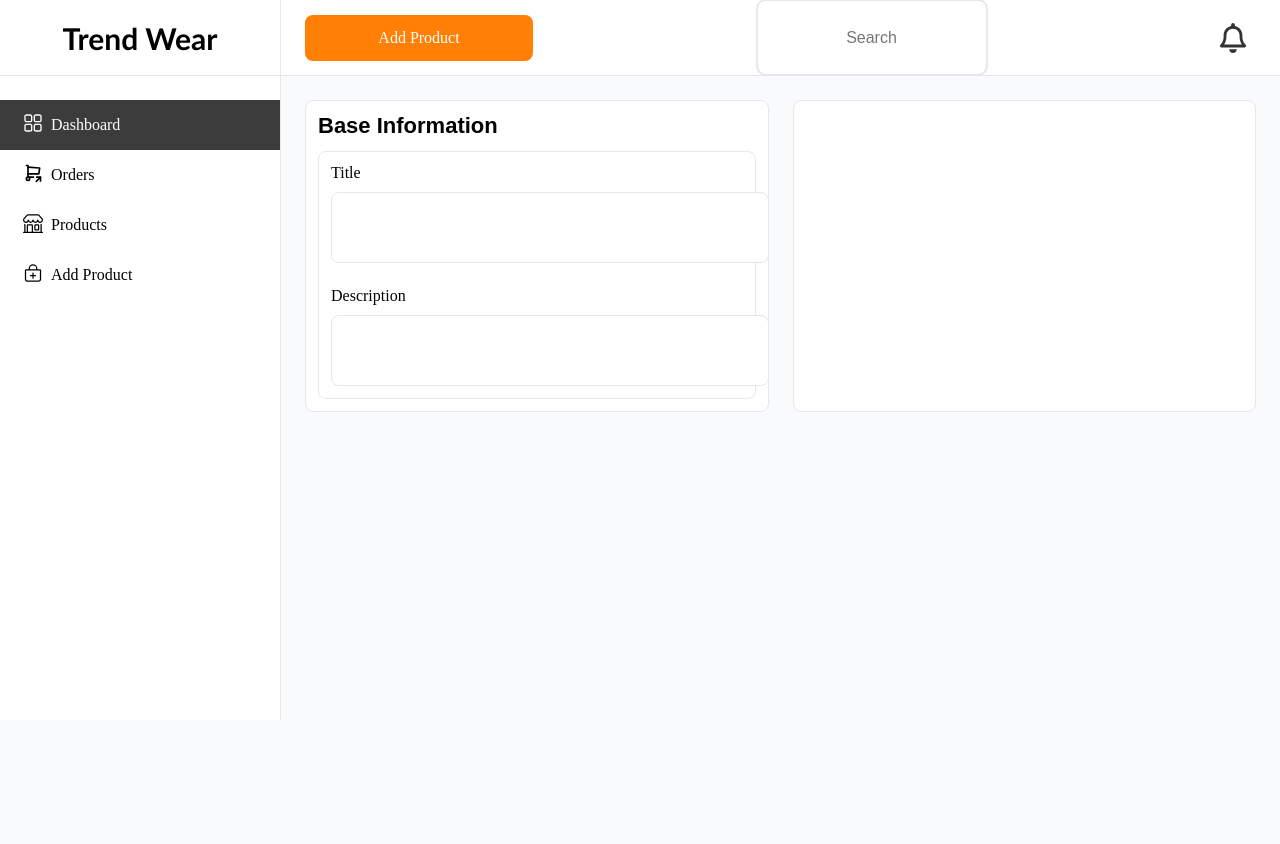
Repository: ahmad-dev7/TrendWear
Page: / (app in trend_wear_dashboard/)
The author's editor kept a copy of each file at every save. The page is drawn from the files as they stood at one save, then again after a run of saves.
The browser window is 1280 px wide. The pictures show the whole page.
The project was rebuilt for these pictures with package versions that can differ from the ones it lists, and the page was loaded fresh each time. Also part of the build but not shown: trend_wear_dashboard/vite.config.ts.

Above is the page before, as saved 2025-01-20 02:31:35.

After the next 3 saves:
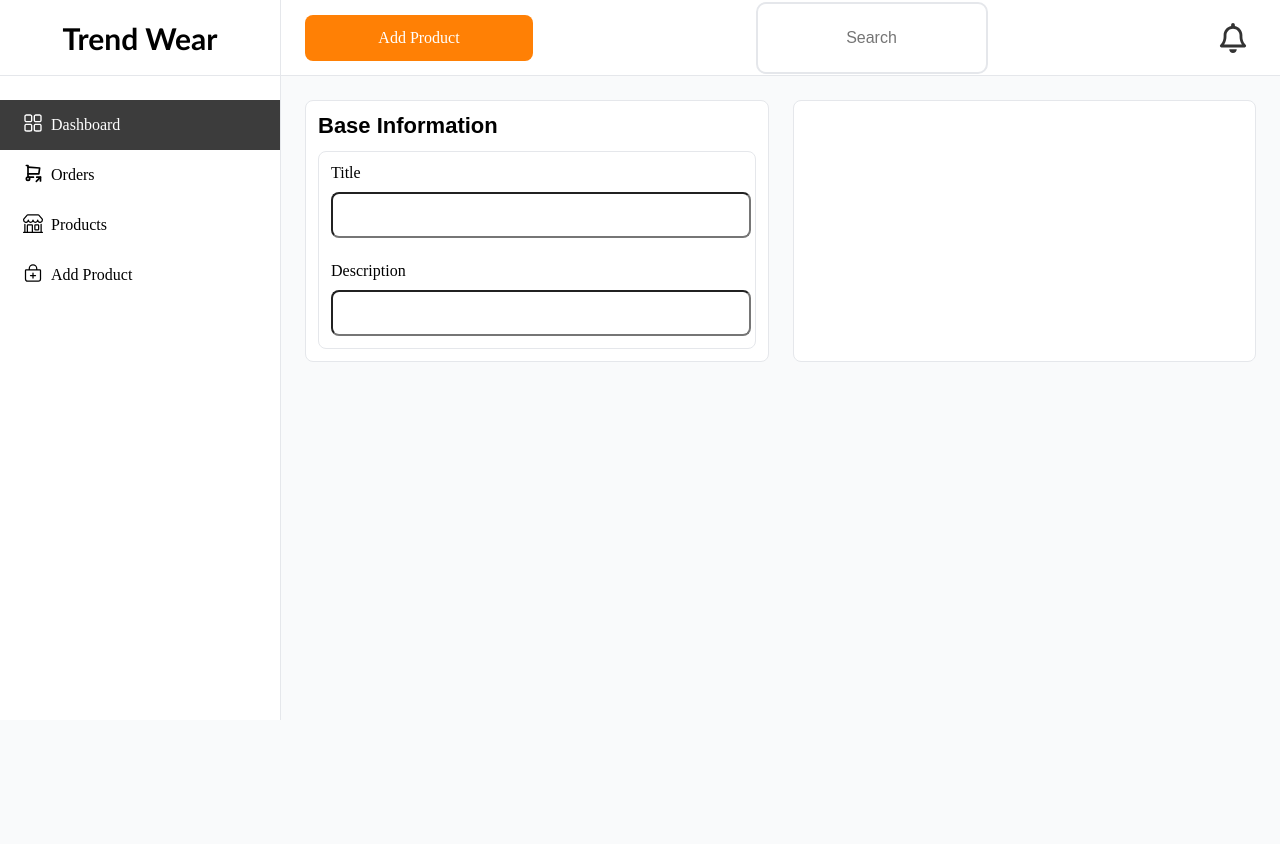
The 3 saves are shown as one change because they came seconds apart.
The last was saved 25 s later.
--- a/trend_wear_dashboard/src/Components/AddProduct/ProductDetails.css
+++ b/trend_wear_dashboard/src/Components/AddProduct/ProductDetails.css
@@ -28,10 +28,8 @@ p:not(.heading) {
 /* From Uiverse.io by ErzenXz */
 input {
     width: 100%;
-    height: 45px;
-    padding: 12px;
+    height: 40px;
     border-radius: 8px;
-    border: 1.5px solid #e5e7eb;
     outline: none;
 }
 
